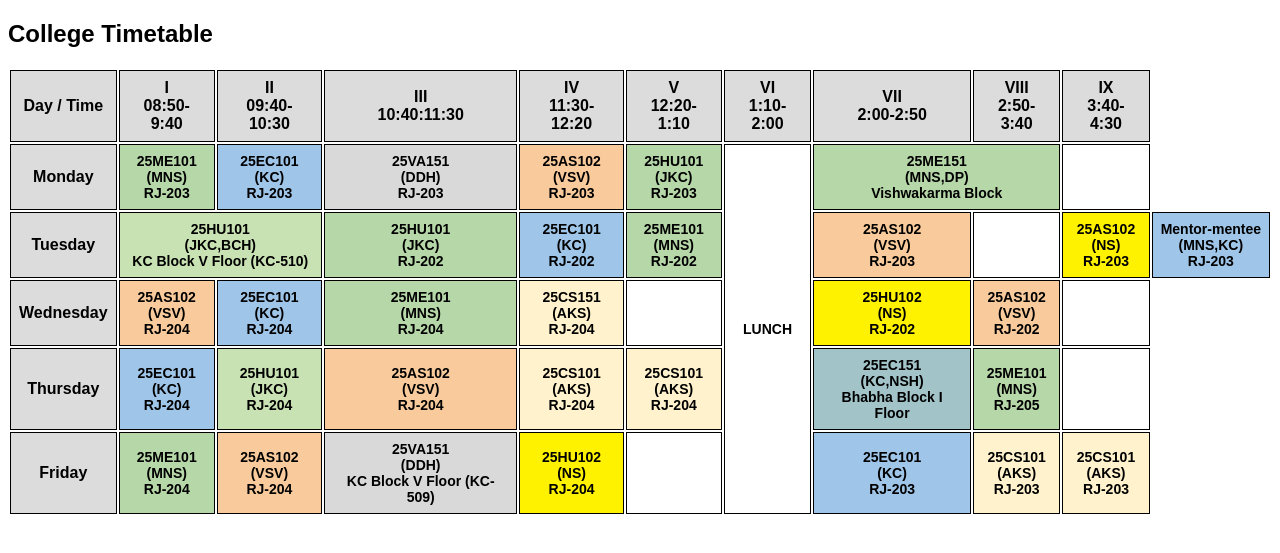
Repository: Glory998/ELCE1-32
Page: experiment3.html
These files come from the project's save history. The page is drawn as it stood at one moment and after the next save; the edit follows.
The browser window is 1280 px wide. The pictures show the whole page.

Above is the page before, as saved 2025-10-25 01:23:37.

### experiment3.html
<!DOCTYPE html>
<html lang="en">
    <head>
        <meta charset="UTF"-8>
        <meta name="viewport"
        content="width=device-width,
        initial-scale=1.0">
        <title>Class Timetable</title>
        <style>
            body {
                font-family: Arial, sans-serif;
                text-align: center
                background-color: #f9f9f9;
            }
            table {
                width: 100%
                border-collapse: collapse;
            margin: 20px auto;
            }
            th, td {
                border: 1px solid #000;
                padding: 8px;
                text-align: center;
            }
            th {
                background-color: #dcdcdc;
            }
            td {
                font-size: 14px;
                font-weight: bold;
            }
            /* Subject Color */
            .green { background-color:
                #b6d7a8; }  /* MNS */
                .blue { background-color:
                    #9fc5e8; }  /* KC */
                    .orange {  background-color:
            #f9cb9c; }  /* VSV */
            .yellow { background-color:
                #fff200; }  /* NS */
                .lightgreen { background-color:
                    #c9e2b3; }  /* Mentor/mentee */
                    .grey { background-color:
                        #d9d9d9; }  /* DDH */
                        .cream { background-color:
                            #fff2cc; }  /* AKS */
                            .lightblue { background-color:
                                #a2c4c9; }  /* Lab blocks */
                                </style>
                                </head>
                                <body>

                                    <h2>College Timetable</h2>

                                    <table>
                                        <tr>
                                            <th>Day / Time</th>
                                            <th>I<br>08:50-9:40</th>
                                            <th>II<br>09:40-10:30</th>
                                            <th>III<br>10:40:11:30</th>
                                            <th>IV<br>11:30-12:20</th>
                                            <th>V<br>12:20-1:10</th>
                                            <th>VI<br>1:10-2:00</th>
                                            <th>VII<br>2:00-2:50</th>
                                            <th>VIII<br>2:50-3:40</th>
                                            <th>IX<br>3:40-4:30</th>
                                            </tr>

                                            <tr>
                                                <th>Monday</th>
                                                <td
                                                class="green">25ME101<br>(MNS)<br>RJ-203</td>
                                                <td
                                                class="blue">25EC101<br>(KC)<br>RJ-203</td>
                                                <td
                                                class="grey">25VA151<br>(DDH)<br>RJ-203</td>
                                                <td
                                                class="orange">25AS102<br>(VSV)<br>RJ-203</td>
                                                <td
                                                class="green">25HU101<br>(JKC)<br>RJ-203</td>
                                                <td rowspan="5">LUNCH</td>
                                                <td colspan="2"
                                                class="green">25ME151<br>(MNS,DP)<br>Vishwakarma Block</td>
                                             <td></td>
                                             </tr>

                                                <tr>
                                                <th>Tuesday</th>
                                                <td colspan="2"
                                                class="lightgreen">25HU101<br>(JKC,BCH)<br>KC Block V Floor (KC-510)</td>
                                                <td
                                                class="green">25HU101<br>(JKC)<br>RJ-202</td>
                                                <td
                                                class="blue">25EC101<br>(KC)<br>RJ-202</td>
                                                <td
                                                class="green">25ME101<br>(MNS)<br>RJ-202</td>
                                                <td
                                                class="orange">25AS102<br>(VSV)<br>RJ-203</td>
                                            <td></td>
                                            <td
                                            class="yellow">25AS102<br>(NS)<br>RJ-203</td>
                                            <td
                                            class="blue">Mentor-mentee<br>(MNS,KC)<br>RJ-203</td>
                                            </tr>

                                            <tr>
                                                <th>Wednesday</th>
                                                <td
                                                class="orange">25AS102<br>(VSV)<br>RJ-204</td>
                                                <td
                                                class="blue">25EC101<br>(KC)<br>RJ-204</td>
                                                <td
                                                class="green">25ME101<br>(MNS)<br>RJ-204</td>
                                                <td
                                                class="cream">25CS151<br>(AKS)<br>RJ-204</td>
                                                <td></td>
                                                <td
                                                class="yellow">25HU102<br>(NS)<br>RJ-202</td>
                                                <td
                                                class="orange">25AS102<br>(VSV)<br>RJ-202</td>
                                                <td></td>
                                                </tr>
                                                <th>Thursday</th>
                                                <td
                                                class="blue">25EC101<br>(KC)<br>RJ-204</td>
                                                <td
                                                class="lightgreen">25HU101<br>(JKC)<br>RJ-204</td>
                                                <td
                                                class="orange">25AS102<br>(VSV)<br>RJ-204</td>
                                                <td
                                                class="cream">25CS101<br>(AKS)<br>RJ-204</td>
                                                <td
                                                class="cream">25CS101<br>(AKS)<br>RJ-204</td>
                                                <td
                                                class="lightblue">25EC151<br>(KC,NSH)<br>Bhabha Block I Floor</td>
                                                <td
                                                class="green">25ME101<br>(MNS)<br>RJ-205</td>
                                                <td></td>
                                            </tr>

                                            <tr>
                                                <th>Friday</th>
                                                <td
                                                class="green">25ME101<br>(MNS)<br>RJ-204</td>
                                                <td
                                                class="orange">25AS102<br>(VSV)<br>RJ-204</td>
                                                <tD
                                                class="grey">25VA151<br>(DDH)<br>KC Block V Floor (KC-509)</td>
                                                <td
                                                class="yellow">25HU102<br>(NS)<br>RJ-204</td>
                                                <td></td>
                                                <td
                                                class="blue">25EC101<br>(KC)<br>RJ-203</td>
                                                <td
                                                class="cream">25CS101<br>(AKS)<br>RJ-203</td>
                                                <td
                                                class="cream">25CS101<br>(AKS)<br>RJ-203</td>
                                                </tr>
                                                </table>

                                            </body>
                                            </html>

After the next save:
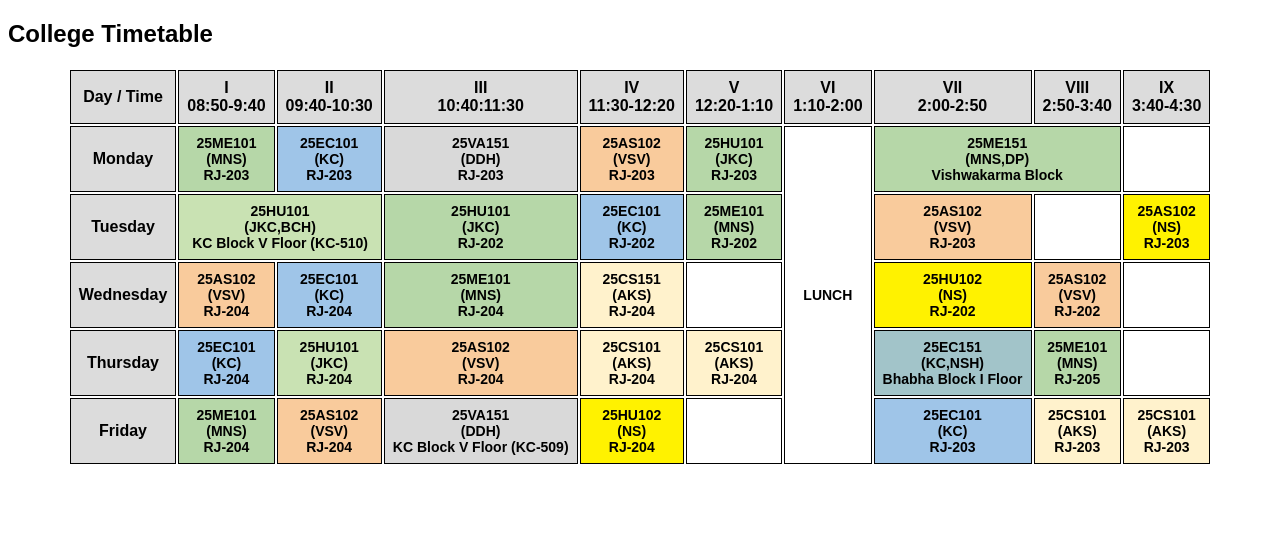
Saved 81 s later.
--- a/experiment3.html
+++ b/experiment3.html
@@ -99,9 +99,7 @@
                                             <td></td>
                                             <td
                                             class="yellow">25AS102<br>(NS)<br>RJ-203</td>
-                                            <td
-                                            class="blue">Mentor-mentee<br>(MNS,KC)<br>RJ-203</td>
-                                            </tr>
+                                             </tr>
 
                                             <tr>
                                                 <th>Wednesday</th>
